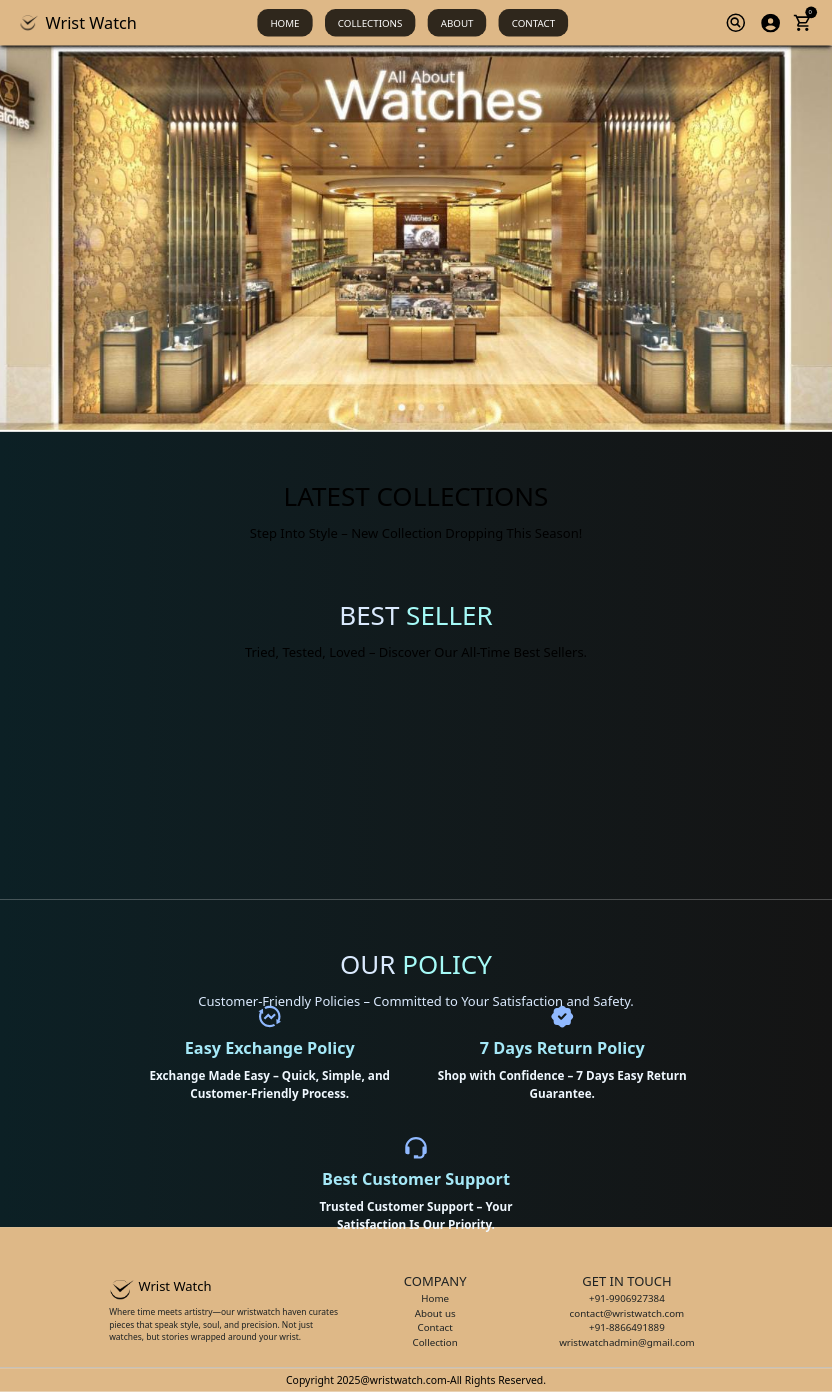
Repository: mansibhanushali/online_watch_ecommerce_mernstack_webapplication
Page: / (app in frontend/)
An editor plug-in stored every save of this project. The page is shown before and after the next save, followed by the edit.
The browser window is 1280 px wide. The pictures show the whole page, at 65% of full size.
The page's requests for data from a server got no answer. The project was rebuilt for these pictures with package versions that can differ from the ones it lists, and the page was loaded fresh each time. No one was signed in, and anything a server would have sent is missing. Also part of the build but not shown: frontend/vite.config.js, frontend/src/component/Loading.jsx, frontend/src/pages/Registration.jsx, frontend/src/component/Card.jsx, frontend/src/pages/Login.jsx, frontend/src/pages/About.jsx, frontend/src/pages/Collections.jsx, frontend/src/pages/Contact.jsx and 6 more.

Above is the page before, as saved 2025-08-16 13:38:01.

After the next save:
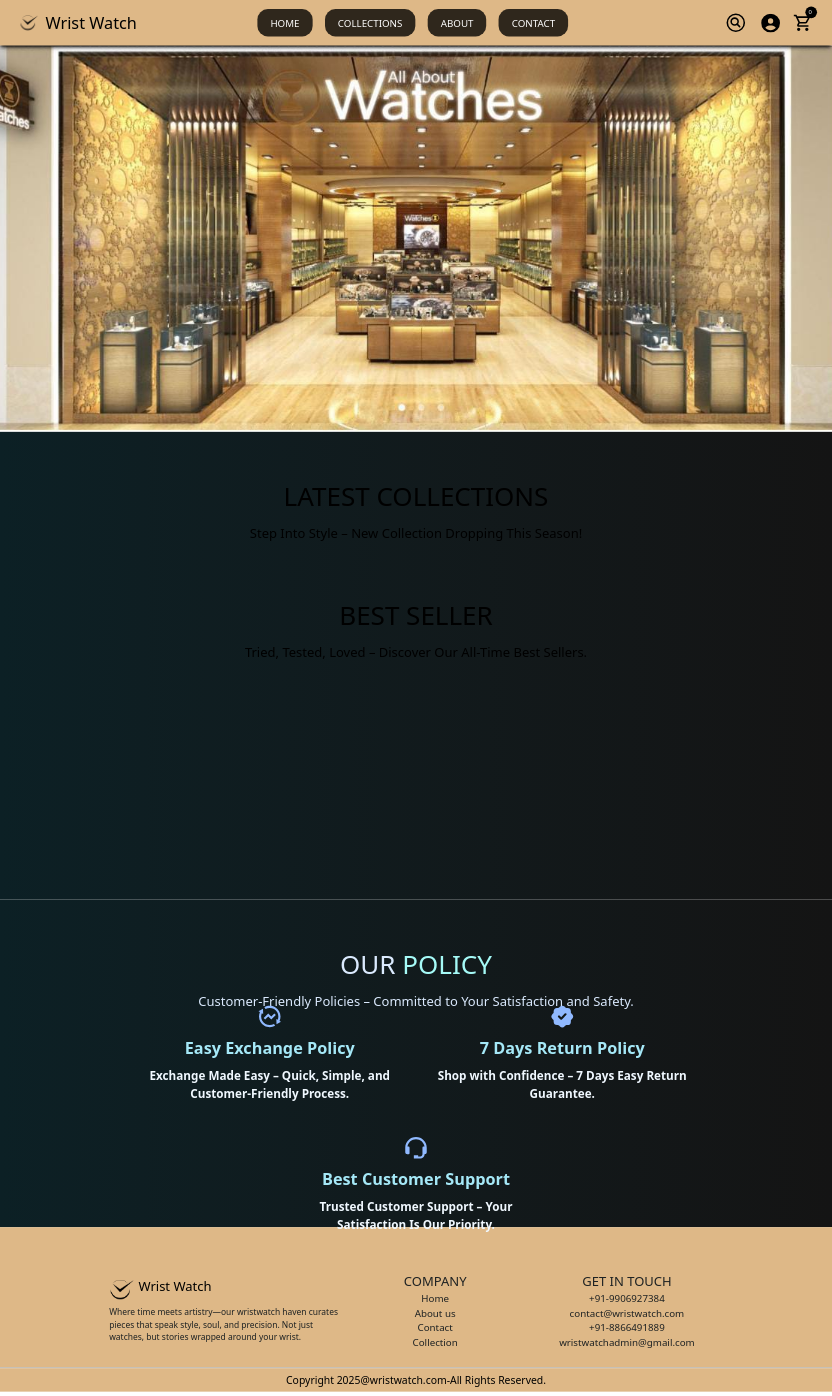
Saved 24 s later.
--- a/frontend/src/component/BestSeller.jsx
+++ b/frontend/src/component/BestSeller.jsx
@@ -21,7 +21,7 @@ function BestSeller() {
   return (
     <div>
       <div className="h-[8%] w-[100%] text-center mt-[50px]">
-        <Title text1={"BEST"} text2={"SELLER"} />
+        <Title text1={<span className='text-black'>BEST</span>} text2={<span className='text-black'>SELLER</span>} />
         <p className="w-[100%] m-auto text-[13px] md:text-[20px] px-[10px] text-black">
           Tried, Tested, Loved – Discover Our All-Time Best Sellers.
         </p>
